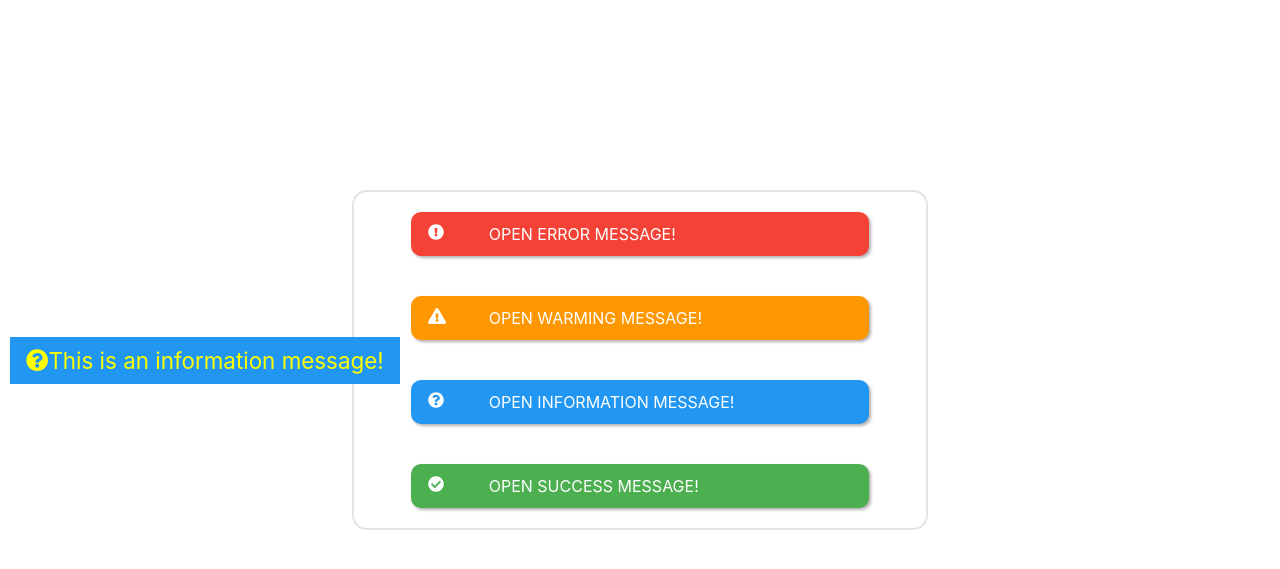
Repository: KrzysKolo/sr_tydzien5_zad2
Page: /, after clicking the first element matching `div.wrapper--btn > :nth-child(3)`
These files come from the project's save history. The page is drawn as it stood at one moment and after the next save; the edit follows.
The browser window is 1280 px wide. The pictures show the whole page.
The project was rebuilt for these pictures with package versions that can differ from the ones it lists, and the page was loaded fresh each time.

Above is the page before, as saved 2020-12-28 04:38:01.

### public/index.html
<!DOCTYPE html>
<html lang="en">
  <head>
    <meta charset="utf-8" />
    <link rel="icon" href="%PUBLIC_URL%/favicon.ico" />
    <meta name="viewport" content="width=device-width, initial-scale=1" />
    <meta name="theme-color" content="#000000" />
    <meta
      name="description"
      content="Web site created using create-react-app"
    />
    <link rel="apple-touch-icon" href="%PUBLIC_URL%/logo192.png" />
    <!--
      manifest.json provides metadata used when your web app is installed on a
      user's mobile device or desktop. See https://developers.google.com/web/fundamentals/web-app-manifest/
    -->
    <link rel="manifest" href="%PUBLIC_URL%/manifest.json" />
    <!--
      Notice the use of %PUBLIC_URL% in the tags above.
      It will be replaced with the URL of the `public` folder during the build.
      Only files inside the `public` folder can be referenced from the HTML.

      Unlike "/favicon.ico" or "favicon.ico", "%PUBLIC_URL%/favicon.ico" will
      work correctly both with client-side routing and a non-root public URL.
      Learn how to configure a non-root public URL by running `npm run build`.
    -->
    <title>Zad 2 - snackbar</title>
  </head>
  <body>
    <noscript>You need to enable JavaScript to run this app.</noscript>
    <div id="root"></div>
    <!--
      This HTML file is a template.
      If you open it directly in the browser, you will see an empty page.

      You can add webfonts, meta tags, or analytics to this file.
      The build step will place the bundled scripts into the <body> tag.

      To begin the development, run `npm start` or `yarn start`.
      To create a production bundle, use `npm run build` or `yarn build`.
    -->
  </body>
</html>

### src/App.js
import React from 'react';
import Buttons from './components/Buttons';
import './App.css';
const App = () => {
  return (
    <div className="wrapper--btn">
      <Buttons />
    </div>
  )
}

export default App;

### src/components/Buttons.js
import React from 'react';
import ButtonsData from './../data/ButtonsData';
import Button from './Button';


const Buttons = () => {

    return (
        <>
            {ButtonsData.map(button =>
                <Button key={button.id} data={button} />
            )}

        </>
    )
}

export default Buttons;

### src/App.css
* {
  box-sizing: border-box;
  margin: 0;
}
body {
  width: 100vw;
  height: 100vh;
  display: flex;
  flex-direction: row;
  justify-content: center;
  align-items: center;
}
.wrapper--btn {
  border: 2px solid #e3e3e3;
  border-radius: 15px;
  width: 45vw;
  display: flex;
  flex-direction: column;
  justify-content: center;
  align-items: center;
}
.btn {
  border-radius: 10px;
  color: rgb(240, 239, 244);
  cursor: pointer;
  outline: none;
  padding: 10px 15px;
  margin: 20px;
  width: 80%;
  display: grid;
  grid-template-columns: 0.5fr 3fr;
  box-shadow: 2px 2px 3px rgba(102, 102, 102, 0.5);
  transition: all 0.3s ease-in-out;
}
.snackbar {
  font-size: 1.4rem;
  padding: 10px 16px;
}
.error {
  color: white;
  background: rgb(244, 67, 54);
}

.success {
  color: rgb(124, 0, 0);
  background: rgb(76, 175, 80);
}
.information {
  color: yellow;
  background: rgb(33, 150, 243);
}

.warning {
  background: rgb(255, 152, 0);
  color: black;
}
.top-right {
  position: absolute;
  top: 10px;
  right: 10px;
}
.center-bottom {
  position: absolute;
  bottom: 10px;
  left: calc(100vw-50%);
}
.center-left {
  position: absolute;
  top: calc(100vh- (25%));
  left: 10px;
}

### src/data/ButtonsData.js
const ButtonsData = [
    {
      id: 0,
      name: "OPEN ERROR MESSAGE!",
      color: "rgb(244, 67, 54)",
      icon: "faExclamationCircle",
      type: "error",
      message: "This is an error message!",
      position: "top-right",
    },
    {
      id: 1,
      name: "OPEN WARMING MESSAGE!",
      color: "rgb(255, 152, 0)",
      icon: "faExclamationTriangle",
      type: "warning",
      message: "This is a warning message!",
      position: "center-bottom",
    },
    {
      id: 2,
      name: "OPEN INFORMATION MESSAGE!",
      color: "rgb(33, 150, 243)",
      icon: "faQuestionCircle",
      type: "information",
      message: "This is an information message!",
      position:"center-left",
    },
    {
      id: 3,
      name: "OPEN SUCCESS MESSAGE!",
      color: "rgb(76, 175, 80)",
      icon: "faCheckCircle",
      type: "success",
      message: "This is a success message!",
    },

  ]
 export default ButtonsData;

### src/components/Button.js
import React, { useState } from 'react';
import Icons from './Icons';
import Snackbar from './Snackbar';


const Button = ({data } ) => {

    const [isHover, setIsHover] = useState(false);
    const OutStyle = {
        border: `2px solid ${data.color}`,
        background: data.color,
        color: "#fff",
      };

      const OverStyle = {
        border: `2px solid ${data.color}`,
        backgroundColor: "#fff",
        color: data.color,

      };
    const [shownSnackbar, setShownSnackbar] = useState(false);
    const handleClick = () => {

        setShownSnackbar(true);

    };
    return (
        <>

        <div className="btn"
        /* onClick={() => switchFunction(event)} */
        onClick={handleClick}
        style={isHover ? OverStyle : OutStyle}
        onMouseOver={() => setIsHover(true)}
        onMouseOut={() => setIsHover(false)}>
            <Icons icon={data.icon}/>
             {data.name}
        </div>
        {shownSnackbar && <Snackbar type={data.type} position={data.position} message={data.message} icon={data.icon} />}
        </>
    )
}

export default Button;

### src/components/Icons.js
import React from 'react';
import { FontAwesomeIcon } from '@fortawesome/react-fontawesome';
import { faCheckCircle, faQuestionCircle, faExclamationTriangle, faExclamationCircle } from '@fortawesome/free-solid-svg-icons';

const Icons = ({icon}) => {

        switch (icon) {
            case 'faExclamationCircle': return <FontAwesomeIcon icon={faExclamationCircle} />;
            case 'faExclamationTriangle': return <FontAwesomeIcon icon={faExclamationTriangle} />;
            case 'faQuestionCircle': return <FontAwesomeIcon icon={faQuestionCircle} />;
            case 'faCheckCircle': return <FontAwesomeIcon icon={faCheckCircle} />;
            default: return null;
            }



}

export default Icons;

### src/components/Snackbar.js
import React from 'react';
import Icons from './Icons';
const Snackbar = ({type, message, icon, position}) => {
    return (
        <div className={`snackbar ${type} ${position}`}>
           <Icons icon={icon} />{message}
        </div>
    )
}

export default Snackbar

Loaded but not shown: src/index.js (common file); src/index.css (common file)

After the next save:
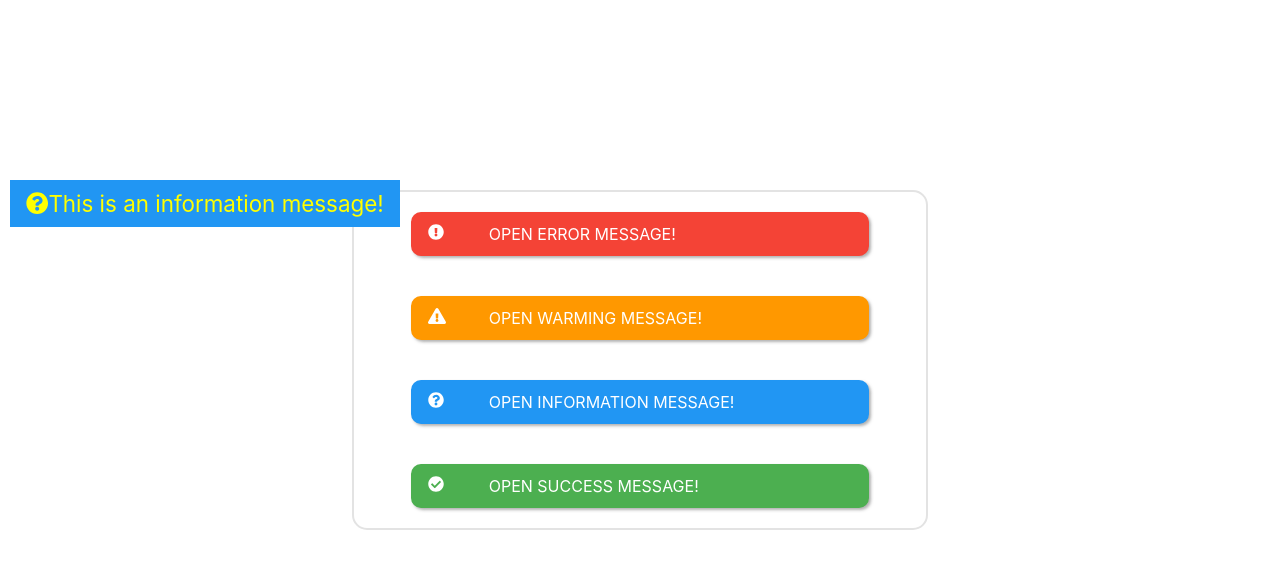
Saved 31 s later.
--- a/src/App.css
+++ b/src/App.css
@@ -66,6 +66,6 @@ body {
 }
 .center-left {
   position: absolute;
-  top: calc(100vh- (25%));
+  top: 25vh;
   left: 10px;
 }
